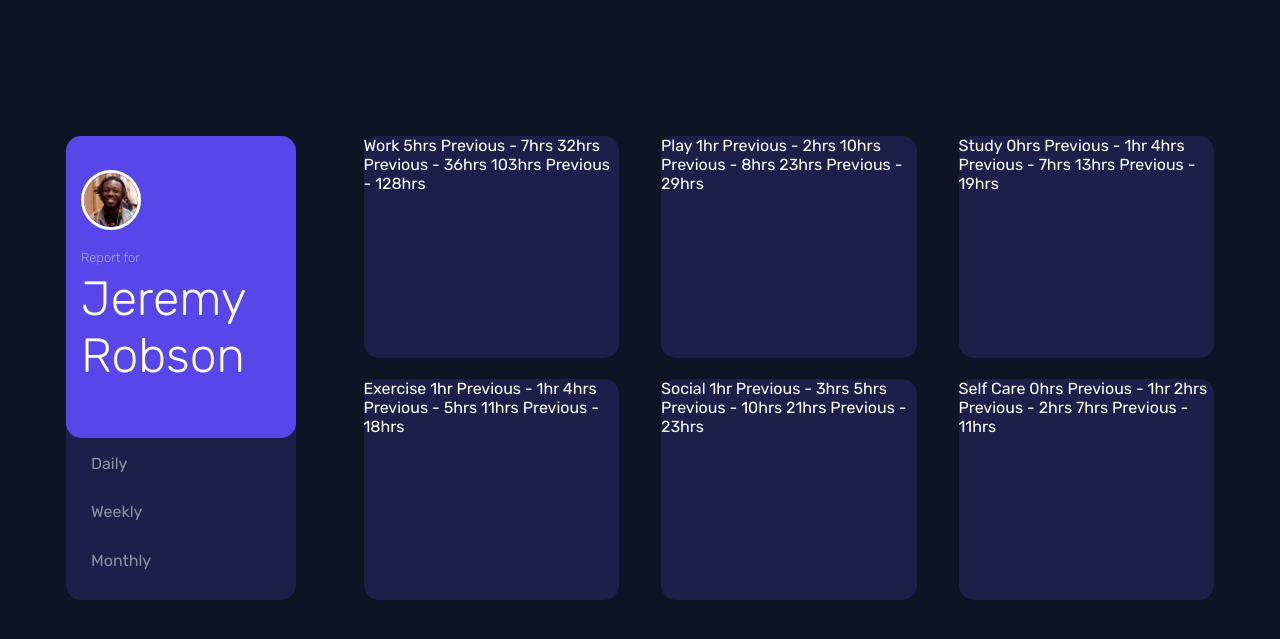
Repository: 3mr-5aled/time-tracking-dashboard-Junior
Page: index.html
An editor plug-in stored every save of this project. The page is shown before and after the next save, followed by the edit.
The browser window is 1280 px wide. The pictures show the whole page.

Above is the page before, as saved 2022-12-27 19:22:29.

After the next save:
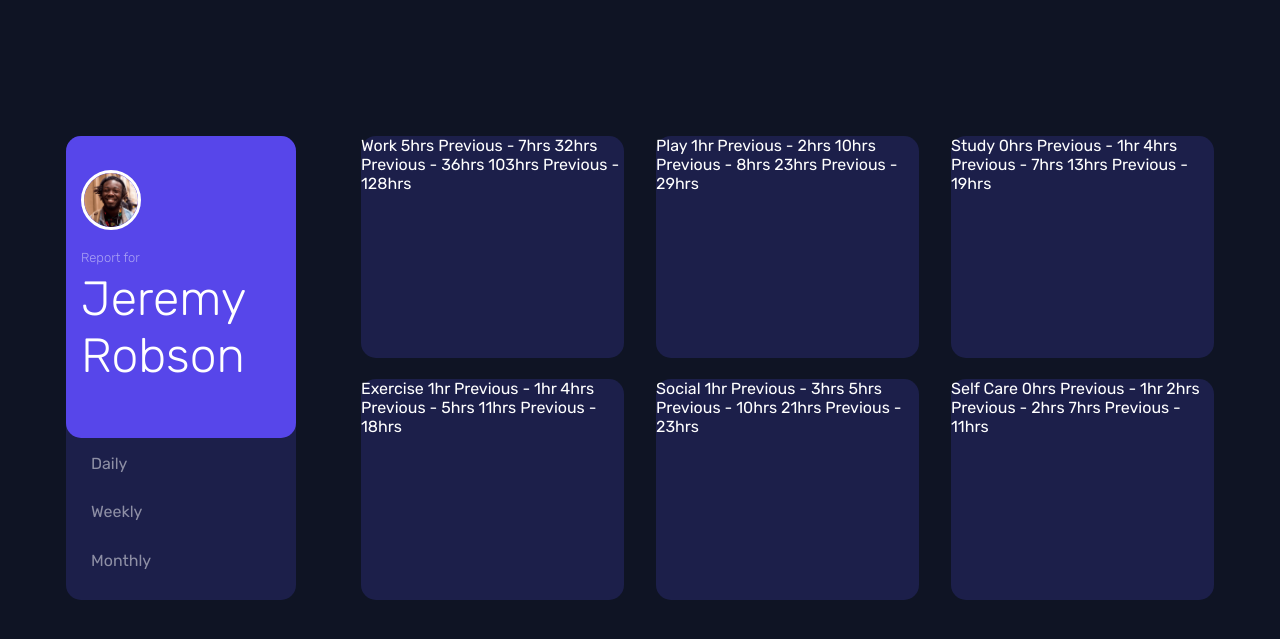
Saved 5 s later.
--- a/style.css
+++ b/style.css
@@ -47,7 +47,7 @@ body {
   grid-template-columns: 1fr;
   grid-template-rows: repeat(7, 1fr);
   grid-row-gap: 5px;
-  grid-column-gap: 10px;
+  grid-column-gap: 0px;
   grid-template-areas:
     "user"
     "work"
